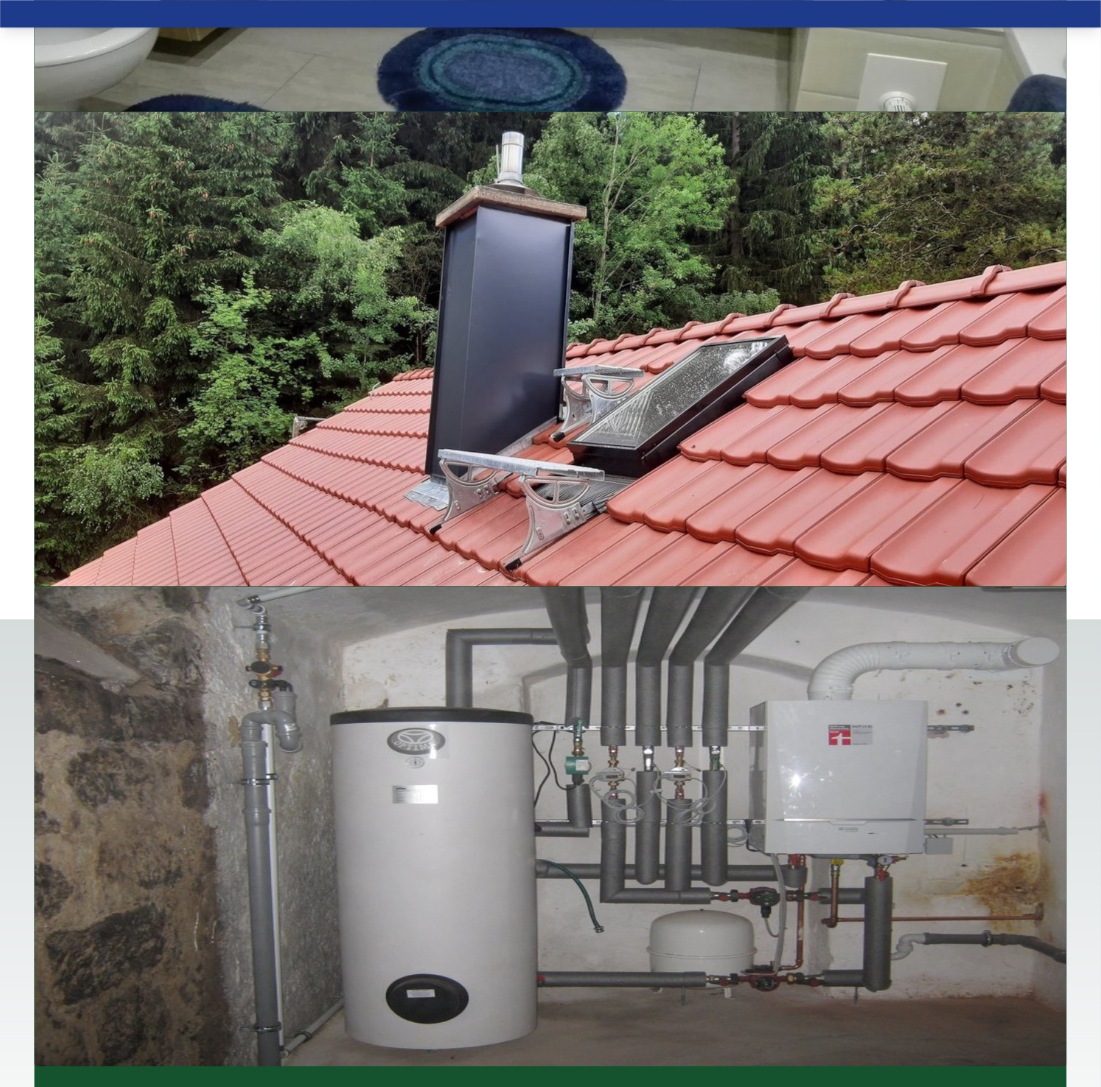
Repository: LorenMucha/firma-andreas-mucha
Page: /
These files come from the project's save history. The page is drawn as it stood at one moment and after the next save; the edit follows.
The browser window is 1280 px wide. The pictures show the whole page, at 86% of full size.
The project was rebuilt for these pictures with package versions that can differ from the ones it lists, and the page was loaded fresh each time. The framework's server and built-in components were replaced by stand-ins that run in the browser. Also part of the build but not shown: next.config.mjs.

Above is the page before, as saved 2024-04-15 16:52:52.

### src/app/layout.tsx
import type { Metadata } from "next";
import { Inter } from "next/font/google";
import "./globals.css";

const inter = Inter({ subsets: ["latin"] });

export const metadata: Metadata = {
  title: "Firma Andreas Mucha",
  description: "Generated by create next app",
};

export default function RootLayout({
  children,
}: Readonly<{
  children: React.ReactNode;
}>) {
  return (
    <html lang="de" suppressHydrationWarning={true}>
      <body className={inter.className}>{children}</body>
    </html>
  );
}

### src/app/page.tsx
"use client";
import Intro from "./components/Intro";
import Navbar from "./components/Navbar";

export default function Home() {
  return (
    <main className="flex min-h-screen flex-col items-center justify-between">
      <Navbar />
      <Intro />
    </main>)
}

### src/app/globals.css
@tailwind base;
@tailwind components;
@tailwind utilities;

@import '@coreui/coreui/dist/css/coreui.min.css';

:root {
  --foreground-rgb: 0, 0, 0;
  --background-start-rgb: 214, 219, 220;
  --background-end-rgb: 255, 255, 255;
}

@media (prefers-color-scheme: dark) {
  :root {
    --foreground-rgb: 255, 255, 255;
    --background-start-rgb: 0, 0, 0;
    --background-end-rgb: 0, 0, 0;
  }
}

body {
  color: rgb(var(--foreground-rgb));
  background: linear-gradient(to bottom,
      transparent,
      rgb(var(--background-end-rgb))) rgb(var(--background-start-rgb));
}

@layer utilities {
  .text-balance {
    text-wrap: balance;
  }
}

### src/app/components/Intro.tsx
import { CCarousel, CCarouselItem, CImage } from "@coreui/react"

const Intro = (): React.JSX.Element =>
    <div className="w-screen h-screen flex flex-col justify-center items-center bg-white p-10">
        <div className="font-extrabold text-8xl text-black w-100">Firma Andreas Mucha</div>
        <div className="mt-5 w-100 bg-green-900">
            <CCarousel controls indicators>
                <CCarouselItem>
                    <CImage align="center" className="object-cover" fluid rounded src="/images/bad.jpg" alt="slide 1" />
                </CCarouselItem>
                <CCarouselItem>
                    <CImage align="center" className="object-cover" fluid rounded src="/images/dach.jpg" alt="slide 2" />
                </CCarouselItem>
                <CCarouselItem>
                    <CImage align="center" className="object-cover" fluid rounded src="/images/heizung.JPG" alt="slide 3" />
                </CCarouselItem>
            </CCarousel>
        </div>
    </div>

export default Intro

### src/app/components/Navbar.tsx
const Navbar = (): React.JSX.Element =>
    <nav className="shadow-lg fixed w-screen top-0 z-10 px-3 bg-blue-900">
        <div className="max-w-6xl mx-auto">
            <div className="flex justify-between">
                <div className="inline-flex justify-center md:p-4 mb-1 mt-1 md:mt-0 md:mb-0">
                    <a>
                        <span className="font-semibold md:text-l"></span>
                    </a>
                </div>
            </div>
        </div>
    </nav>

export default Navbar

Loaded but not shown: tailwind.config.ts (common file)

After the next save:
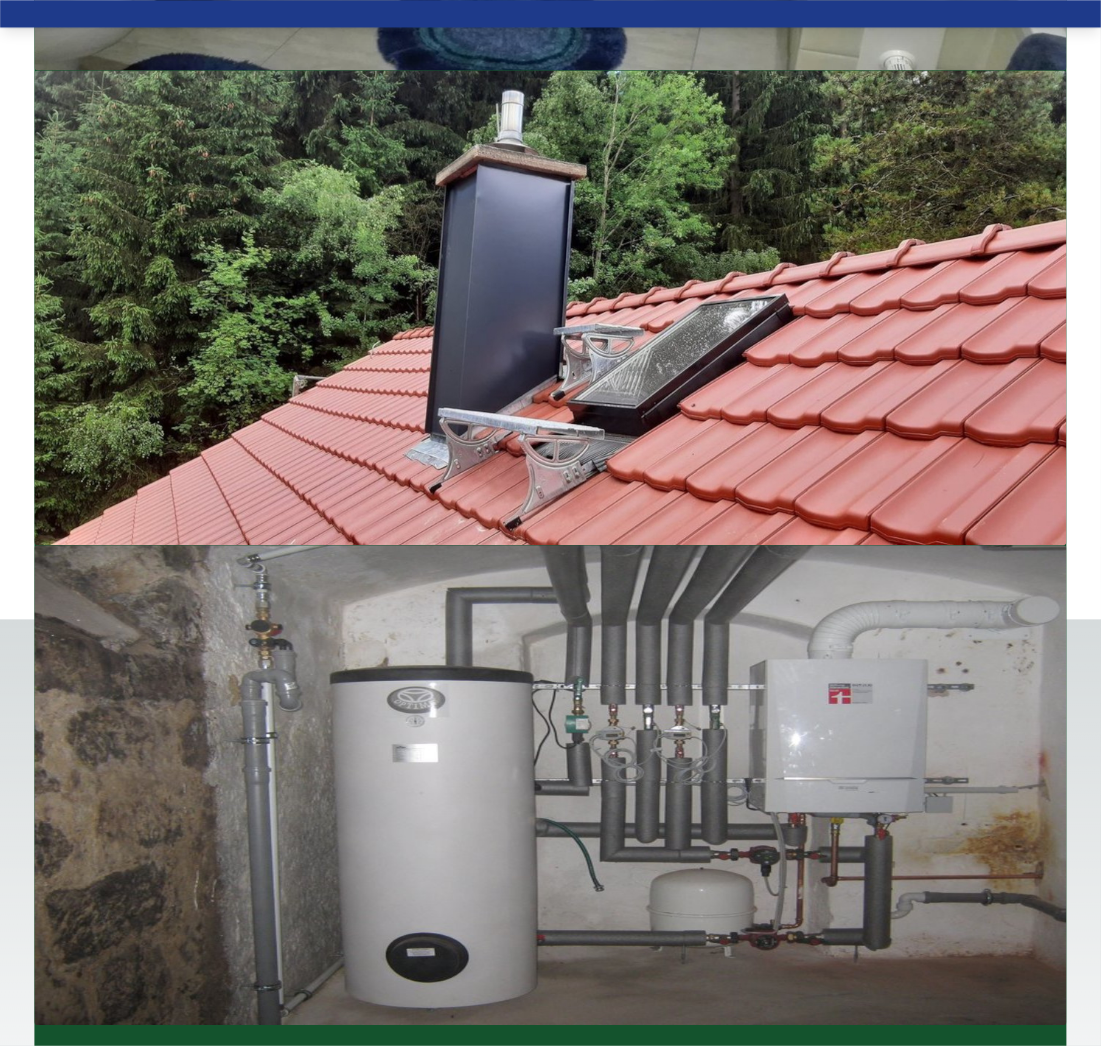
Saved 11 s later.
--- a/src/app/components/Intro.tsx
+++ b/src/app/components/Intro.tsx
@@ -2,7 +2,6 @@ import { CCarousel, CCarouselItem, CImage } from "@coreui/react"
 
 const Intro = (): React.JSX.Element =>
     <div className="w-screen h-screen flex flex-col justify-center items-center bg-white p-10">
-        <div className="font-extrabold text-8xl text-black w-100">Firma Andreas Mucha</div>
         <div className="mt-5 w-100 bg-green-900">
             <CCarousel controls indicators>
                 <CCarouselItem>
